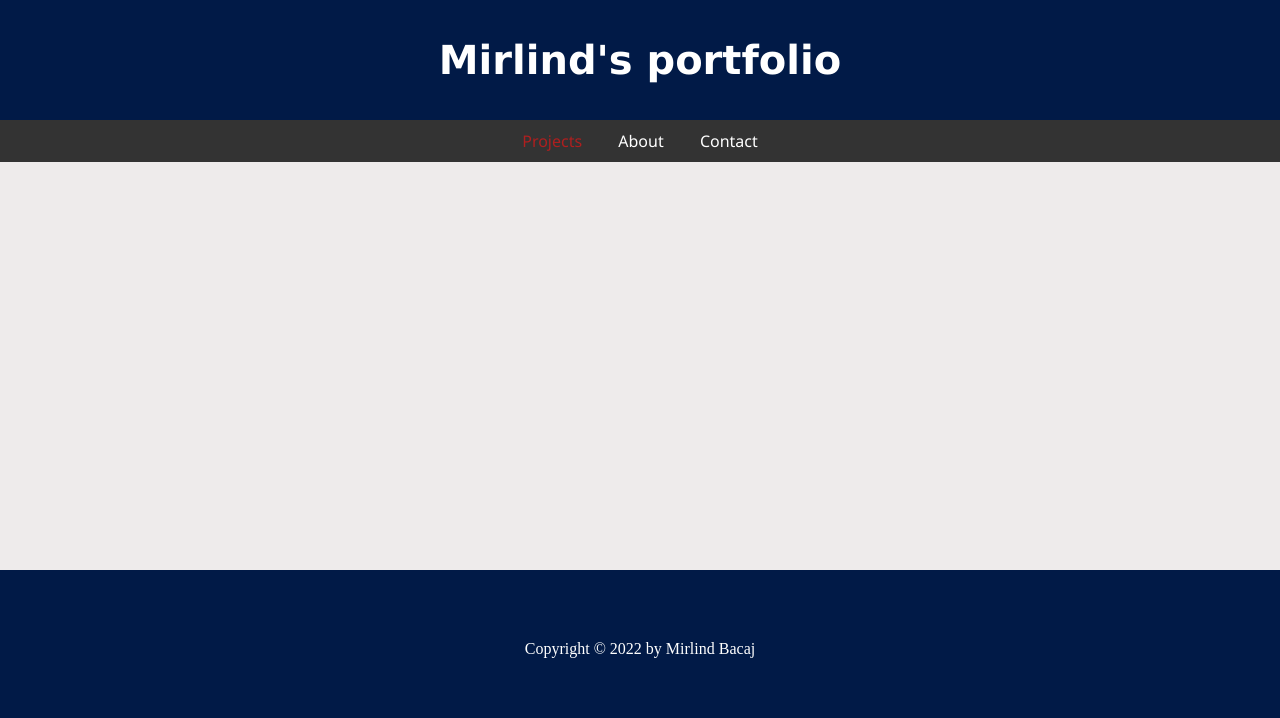
Repository: mirkbirki/mirkbirki.github.io
Page: html/projects.html
The author's editor kept a copy of each file at every save. The page is drawn from the files as they stood at one save, then again after the next save.
The browser window is 1280 px wide. The pictures show the whole page.

Above is the page before, as saved 2022-10-30 16:01:25.

After the next save:
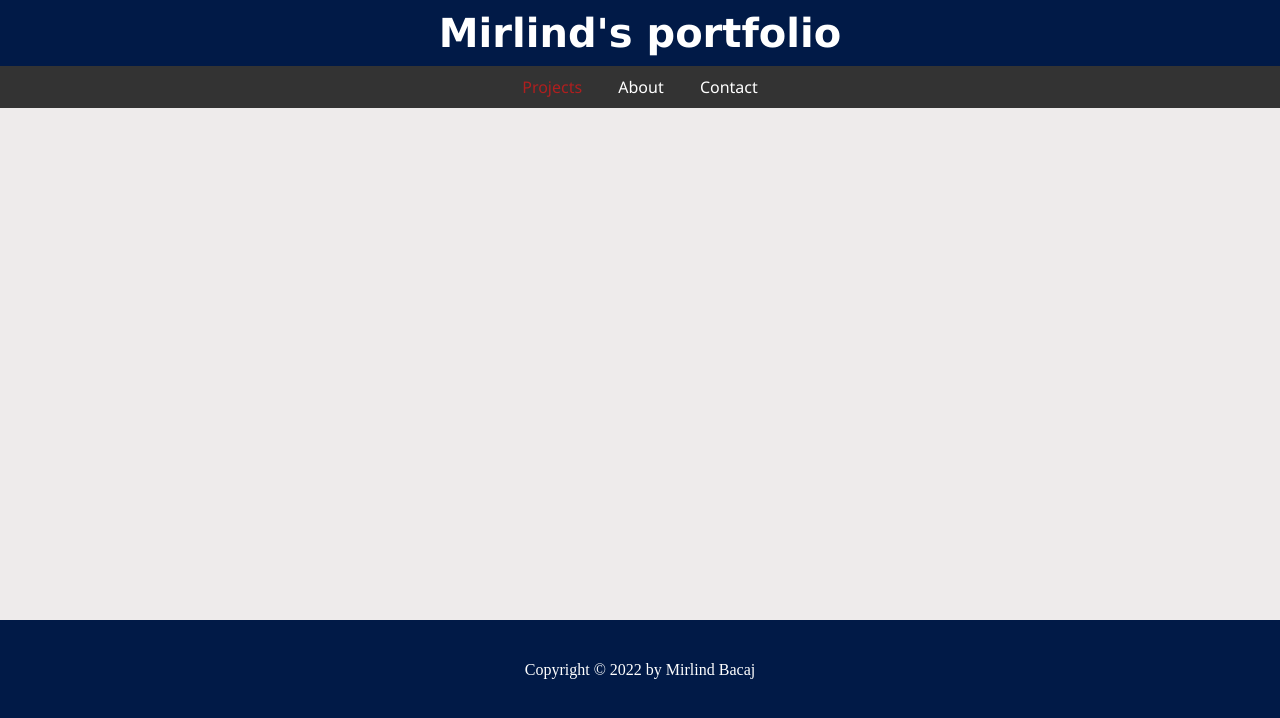
Saved 20 min 15 s later.
--- a/html/projects.html
+++ b/html/projects.html
@@ -7,20 +7,22 @@
 <link rel="stylesheet" href="/css/styles.css">
 </head>
 <body>
+
 <header>
     <h1><a href="index.html">Mirlind's portfolio</a></h1>
+    <nav>
+        <ul>
+            <li><a class="active" href="projects.html">Projects</a></li>
+            <li><a href="about.html">About</a></li>
+            <li><a href="contact.html">Contact</a></li>
+        </ul>
+    </nav>
 </header>
-<nav>
-    <ul>
-        <li><a class="active" href="projects.html">Projects</a></li>
-        <li><a href="about.html">About</a></li>
-        <li><a href="contact.html">Contact</a></li>
-    </ul>
-</nav>
+
+
 
 <footer>
     <div class="footer">
-        <br><br><br>
         <p>Copyright © 2022 by Mirlind Bacaj</p>
     </div>
 </footer>
--- a/css/styles.css
+++ b/css/styles.css
@@ -3,29 +3,33 @@ body {
     margin: 0;
 }
 
+header {
+    text-align: center;
+    padding: 0px;
+    background-color: rgb(1, 26, 71);
+    width: 100%;
+}
+
 h1 {
+    margin-top: 0px;
+    margin-bottom: 0px;
+    padding-top: 10px;
+    padding-bottom: 10px;
     font-size: 40px;
     font-family:'Lucida Sans', 'Lucida Sans Regular', 'Lucida Grande', 'Lucida Sans Unicode', Geneva, Verdana, sans-serif;
     color: white;
 }
 
-h1, a {
+h1 a {
     text-decoration: none;
     color: white;
 }
 
-header {
-    text-align: center;
-    padding: 10px;
-    background-color: rgb(1, 26, 71);
-}
-
 nav {
     border: none;
-    border-width:1px 0;
     list-style: none;
-    margin:0;
-    padding:0;
+    margin: 0;
+    padding: 0;
     text-align: center;
     font-family: 'Segoe UI', Tahoma, Geneva, Verdana, sans-serif;
 }
@@ -93,16 +97,18 @@ img {
 }
 
 .footer {
+    display: flex;
+    justify-content: center;
+    align-items: center;
+    height: 100px;
     background-color: rgb(1, 26, 71);
-    height: 150px;
     color: white;
-    text-align: center;
     bottom: 0;
     position: absolute;
-    width: 100%;
+    width: 100%
 }
 
-footer a{
+footer a {
     color: white;
     text-decoration: 0;
 }
